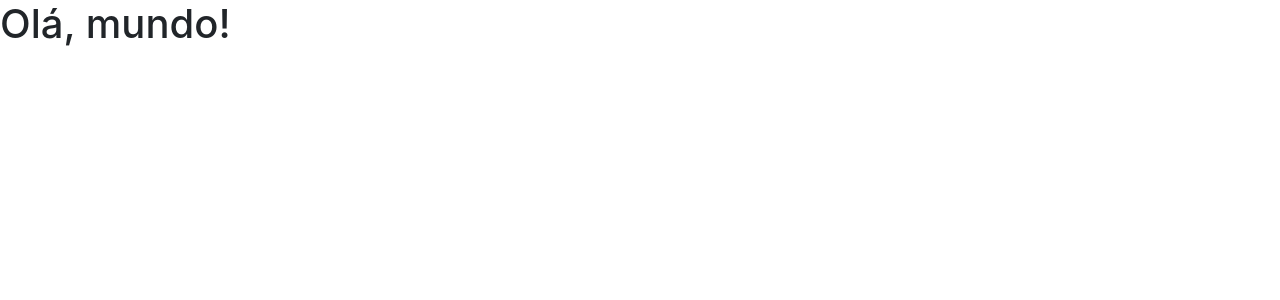
Repository: stefanosousaa/crud-php
Page: http://localhost/?page=novo
These files come from the project's save history. The page is drawn as it stood at one moment and after the next save; the edit follows.
The browser window is 1280 px wide. The pictures show the whole page.
The page is run by PHP 8.4 with error messages shown; the project is at /var/www/html/.

Above is the page before, as saved 2023-05-24 18:47:34.

After the next save:
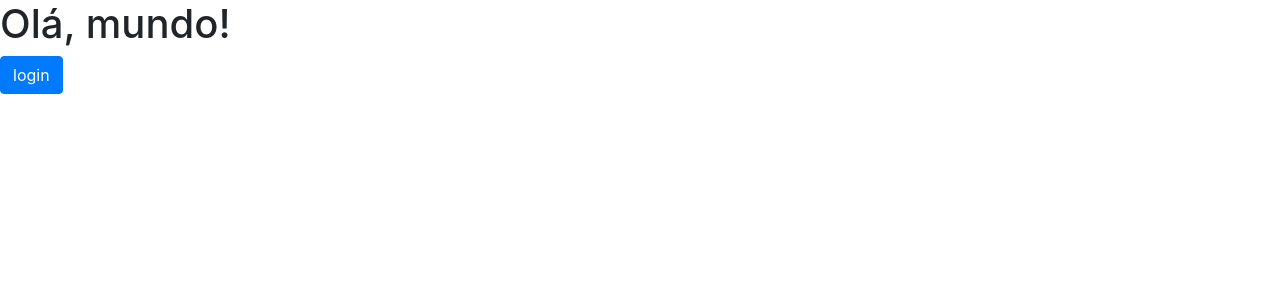
Saved 2 min 42 s later.
--- a/index.php
+++ b/index.php
@@ -12,6 +12,7 @@
   </head>
   <body>
     <h1>Olá, mundo!</h1>
+    <button class=" btn btn-primary">login</button>
 
     <!-- JavaScript (Opcional) -->
     <!-- jQuery primeiro, depois Popper.js, depois Bootstrap JS -->
